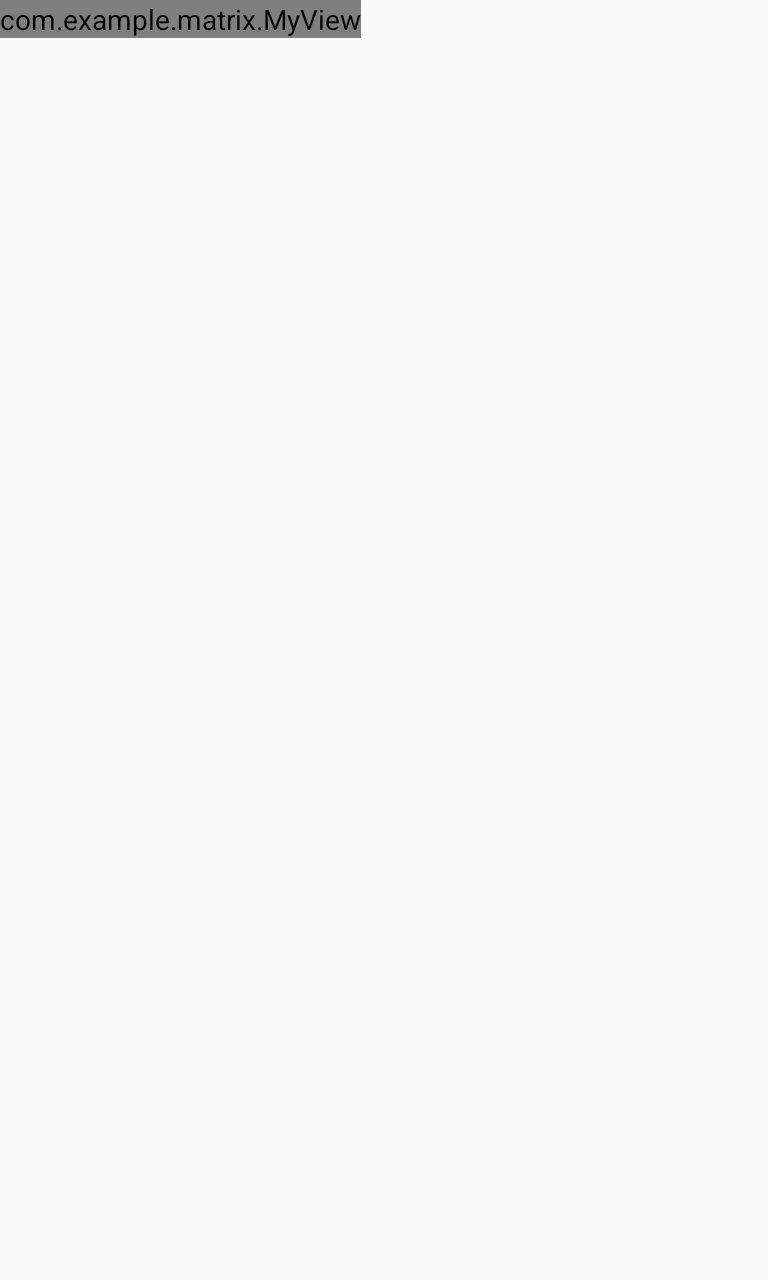
Repository: 18810012802/creazyAndroid
Layout: workspace3/matrix/res/layout/activity_main.xml
An editor plug-in stored every save of this project. The layout is shown before and after the next save, followed by the edit.
Pictures or frames that could not be fetched are drawn as grey boxes. It is drawn on a 768 x 1280 px phone screen (xhdpi) without system bars, with theme AppTheme; the app's code is not run.

Above is the layout before, as saved 2016-05-08 15:35:14.

After the next save:
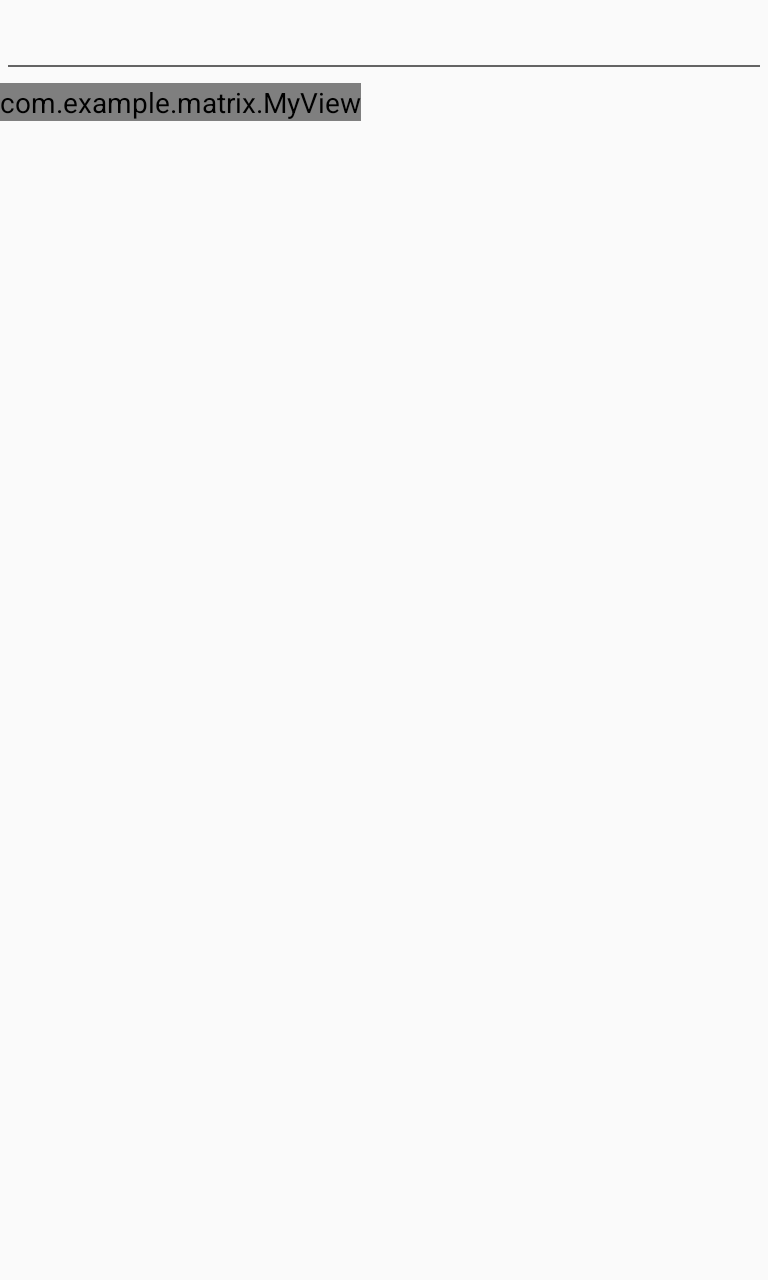
Saved 6 min 45 s later.
--- a/workspace3/matrix/res/layout/activity_main.xml
+++ b/workspace3/matrix/res/layout/activity_main.xml
@@ -4,6 +4,11 @@
     android:layout_width="match_parent"
     android:layout_height="match_parent"
      >
+     <EditText
+         android:id="@+id/et"
+          android:layout_width="match_parent"
+        android:layout_height="wrap_content"
+         />
  <com.example.matrix.MyView xmlns:android="http://schemas.android.com/apk/res/android"
 
         android:layout_width="wrap_content"
